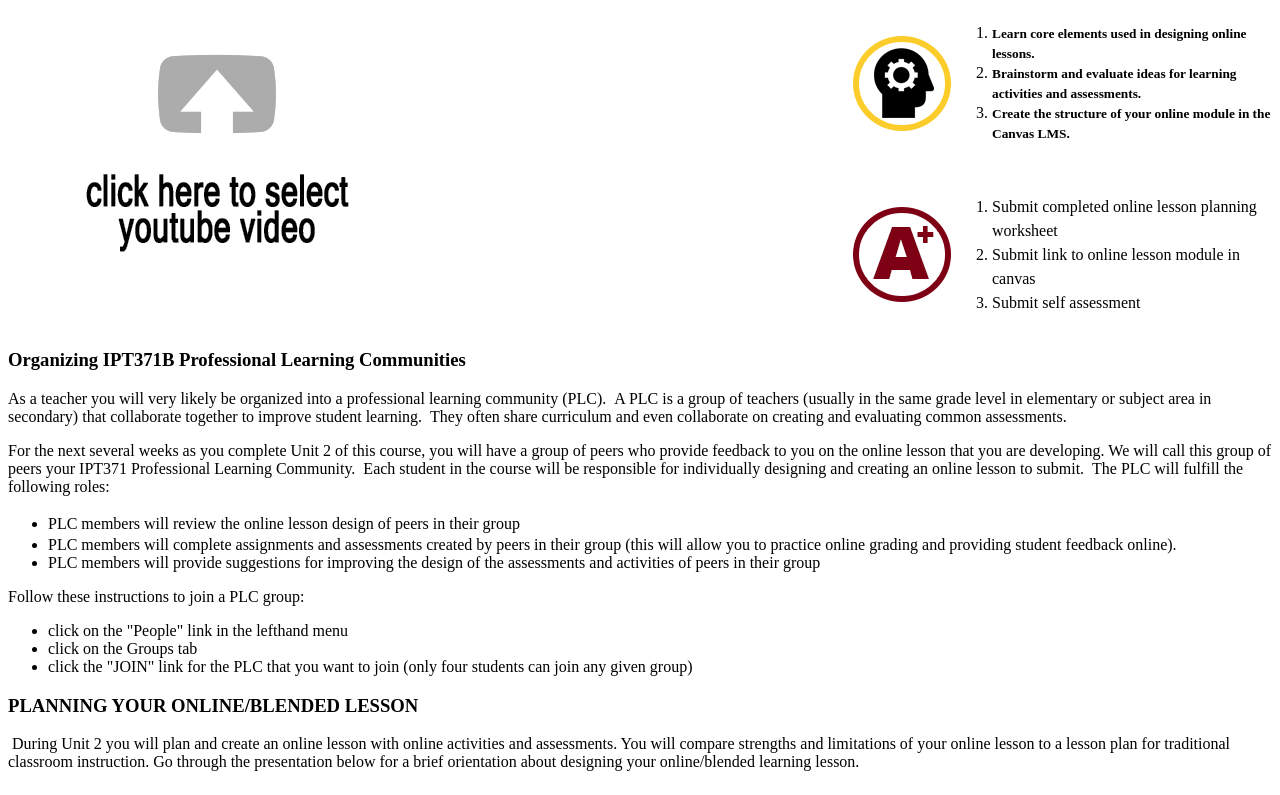
Repository: jaerod95/BYU
Page: IPT 371C/main.html
The author's editor kept a record of every edit. The page is drawn from the files as they stood at one moment, then again after the next edit.
The browser window is 1280 px wide. The pictures show the part of the page from y = 0 to 795 px (the page is 4785 px tall).
Pictures or frames that could not be fetched are drawn as grey boxes.

Above is the page before.

### IPT 371C/main.html
<!DOCTYPE html>
<html>

<head>
    <title></title>
    <link rel="stylesheet" href="newstyle.css">
    <script type="text/javascript" src="oldscript.js"></script>
</head>

<body>
    <div class="JR_IPT_371_B_main_content">
        <div class="JR_ipt371banner">
        </div>
        <div class="JR_ipt371content">
            <div class="JR_leftside">
                <div class="JR_ipt371videoSlot" id="vidSlot">
                    <img id="videoButton" src="youtube.png" />
                </div>
            </div>
            <div class="JR_rightside">
                <div class="JR_ipt371ao blueboxipt">
                    <div class="JR_bbimg"><img src="quest.png" /></div>
                    <div class="JR_outcomes">
                        <ol>
                            <li style="text-align: left;"><strong><span style="font-size: 10pt; line-height: 1.5; background-color: transparent;">Learn core elements used in designing online lessons.</span></strong></li>
                            <li style="text-align: left;"><strong><span style="font-size: 10pt; line-height: 1.5; background-color: transparent;">Brainstorm and evaluate ideas for learning activities and assessments.</span></strong></li>
                            <li style="text-align: left;"><strong><span style="font-size: 10pt; line-height: 1.5; background-color: transparent;">Create the structure of your online module in the Canvas LMS.</span></strong></li>
                        </ol>
                    </div>
                </div>
                <div class="JR_ipt371ao blueboxipt">
                    <div class="JR_bbimg"><img src="study.png" /></div>
                    <div class="JR_outcomes">
                        <ol>
                            <li><span style="line-height: 1.5; background-color: transparent;">Submit completed online lesson planning worksheet</span></li>
                            <li><span style="line-height: 1.5; background-color: transparent;">Submit link to online lesson module in canvas</span></li>
                            <li><span style="line-height: 1.5; background-color: transparent;">Submit self assessment</span></li>
                        </ol>
                    </div>
                </div>
            </div>
        </div>
        <div class="maincontent">
            <h3 class=""><strong><span style="font-size: 14pt;">Organizing IPT371B&nbsp;Professional Learning Communities</span></strong></h3>
            <p>As a teacher you will very likely be organized into a professional learning community (PLC). &nbsp;A PLC is a group of teachers (usually in the same grade level in elementary or subject area in secondary) that collaborate together to improve
                student learning. &nbsp;They often share curriculum and even collaborate on creating and evaluating common assessments.&nbsp;</p>
            <p>For the next several weeks as you complete Unit 2 of this course, you will have a&nbsp;group of peers who provide feedback to you on the online lesson that you are developing. We will call this group of peers your IPT371 Professional Learning
                Community. &nbsp;Each student in the course will be responsible for individually designing and creating an online lesson to submit. &nbsp;The PLC will fulfill the following roles:</p>
            <ul>
                <li><span style="line-height: 1.5; background-color: transparent;">PLC members will review the online lesson design of peers in their group</span></li>
                <li>PLC members will complete assignments and assessments created by peers in their group (this will allow you to practice online grading and providing student feedback online).</li>
                <li>PLC members will provide suggestions for improving&nbsp;the design of the assessments and activities&nbsp;of peers in their group</li>
            </ul>

            <p>Follow these instructions to join&nbsp;a PLC group:</p>
            <ul>
                <li>click on the "People" link in the lefthand menu&nbsp;</li>
                <li>click on the Groups tab</li>
                <li>click the "JOIN" link for the PLC that you want to join (only four students can join any given group)&nbsp;</li>
            </ul>
            <h3><strong><span style="font-size: 14pt;">PLANNING YOUR ONLINE/BLENDED LESSON</span></strong></h3>
            <p>&nbsp;<span style="color: #000000; font-size: 12pt;">During Unit 2&nbsp;you will plan and create an online lesson with online activities and assessments. You will compare strengths and limitations of your online lesson to a lesson plan for traditional classroom instruction. Go through the presentation&nbsp;below for a brief orientation about designing your online/blended learning lesson.&nbsp;</span></p>
            <table>
                <tbody>
                    <tr>
                        <td>
                            <p><iframe src="https://docs.google.com/presentation/d/1GCk5dx-VfW0Fi9aZafrTwGb8O9lP57o1bbPRcgLpvps/embed?start=false&amp;loop=false&amp;delayms=5000" width="480" height="329" allowfullscreen="allowfullscreen" webkitallowfullscreen="webkitallowfullscreen"
                                    mozallowfullscreen="mozallowfullscreen"></iframe><br />(<a id="" class="inline_disabled " title="" href="https://youtu.be/j68BsLilEnQ" target="">watch the narrated presentation</a>)</p>
                        </td>
                        <td><img src="/courses/138/files/14078/preview" alt="online lesson outline.png" width="315" height="373" data-api-endpoint="https://byu.instructure.com/api/v1/courses/138/files/14078" data-api-returntype="File" /></td>
                    </tr>
                </tbody>
            </table>
            &nbsp;<span style="font-size: 12pt;">The image above&nbsp;shows a basic outline for the elements that should be in your final online/blended lesson. &nbsp;Use the <a id="" class=" instructure_scribd_file instructure_file_link" title="IPT 371B Online Lesson Planning Worksheet.docx" href="/courses/138/files/14097/download?wrap=1" target="" data-api-endpoint="https://byu.instructure.com/api/v1/courses/138/files/14097" data-api-returntype="File">planning worksheet</a> to document and submit ideas for your online lesson.&nbsp;</span></div>

        <p>&nbsp;</p>
        <p><span style="font-size: 12pt;"><strong>Step 1:</strong> Choose a Learning Objective and Find a Traditional Lesson Plan</span></p>
        <p>Select a CORE curriculum objective from your teaching subject area to focus your lesson on (see <a href="http://www.uen.org/core/">http://www.uen.org/core/</a>). &nbsp;Your design task will be easier if you select a topic</p>
        <ul>
            <li><span style="line-height: 1.5; background-color: transparent;">that you would&nbsp;currently be comfortable teaching</span></li>
            <li><span style="line-height: 1.5; background-color: transparent;">that you have or can find a traditional classroom-based lesson plan for&nbsp;</span></li>
            <li><span style="line-height: 1.5; background-color: transparent;">that lends itself to online activities</span></li>
        </ul>
        <p><span style="line-height: 1.5; background-color: transparent;">As you start thinking about your lesson, you should consider a lesson that can be done within a couple of days to a week's time. &nbsp;Also, you will want to make sure that there is strong alignment between the outcomes, assessments, and activities that you choose. &nbsp;Watch this brief video about aligning activities with assessments.</span></p>
        <p><span style="line-height: 1.5; background-color: transparent;"><iframe style="width: 479px; height: 358px;" title="Professor Dancelot and the Perils of a Misaligned Course" src="https://www.youtube.com/embed/oWi5vy6TSso?feature=oembed" width="300" height="150" allowfullscreen="allowfullscreen" webkitallowfullscreen="webkitallowfullscreen" mozallowfullscreen="mozallowfullscreen"></iframe></span></p>
        <p>&nbsp;</p>
        <p><span style="font-size: 12pt;">See Section 1 in <a id="" class="" title="" href="https://docs.google.com/document/d/1DGZEOBr-0NPP5FpndHmYdr4ZjT7dqZFJN1QBuSIcO-g/edit?usp=sharing" target="">Elementary Ed worked example</a>.<br /></span>
            <span style="font-size: 12pt;">See Section 1 in Secondary Ed worked example.</span>
        </p>
        <p><span style="font-size: 12pt;"><strong>Step 2:</strong> Explore Quiz Questions for your Final Assessment</span></p>
        <p>The second step in your process is to explore questions for your final lesson assessment. &nbsp;You do not have to develop the full assessment at this time, but you should get some clear ideas about the the questions you might ask in the assessment
            because you will need to create assignments and activities that help student prepare for the final assessment.</p>
        <table>
            <tbody>
                <tr>
                    <td><iframe src="https://docs.google.com/presentation/d/1e3UTlGqxUbCI7pnoWT2LUx7U5JRqhK7J9bCb1NaJUAY/embed?start=false&amp;loop=false&amp;delayms=5000" width="480" height="329" allowfullscreen="allowfullscreen" webkitallowfullscreen="webkitallowfullscreen"
                            mozallowfullscreen="mozallowfullscreen"></iframe></td>
                    <td><span>See <a id="" class="" title="" href="https://docs.google.com/document/d/1DGZEOBr-0NPP5FpndHmYdr4ZjT7dqZFJN1QBuSIcO-g/edit?usp=sharing" target="">Elementary Ed worked example</a>.<br /></span><span>See Secondary Ed worked example.</span></td>
                </tr>
            </tbody>
        </table>


        <p>&nbsp;</p>


        <p><span style="font-size: 12pt;"><strong>Step 3:</strong> Brainstorm Ideas for a Lesson Assignment</span></p>
        <p>&nbsp;You will also need to brainstorm ideas for a graded assignment in the online/blended lesson. &nbsp;Make sure that your assignment ideas align back to the CORE objectives that you have identified.</p>


        <p><span style="font-size: 12pt;">See Section 2 in <a id="" class="" title="" href="https://docs.google.com/document/d/1DGZEOBr-0NPP5FpndHmYdr4ZjT7dqZFJN1QBuSIcO-g/edit?usp=sharing" target="">Elementary Ed worked example</a>.<br /></span>
            <span style="font-size: 12pt;">See Section 2 in Secondary Ed worked example.</span>
        </p>
        <p><span style="font-size: 12pt;"><strong>Step 4:</strong> Brainstorm Ideas for a Content-driven Activity</span></p>
        <p>Activities that you develop do not need to be graded. &nbsp;However, it can be beneficial if students are able to get formative feedback on their performance in the activity. &nbsp;Go through the presentation below to get an idea of a range of
            different online learner-content activities you can consider.&nbsp;</p>
        <table>
            <tbody>
                <tr>
                    <td><iframe src="https://docs.google.com/presentation/d/1KD7e5IGZ_-kfo9Fulln4WiiIUOmqdnus4uCQGxQ1s9Q/embed?start=false&amp;loop=false&amp;delayms=3000" width="480" height="329" allowfullscreen="allowfullscreen" webkitallowfullscreen="webkitallowfullscreen"
                            mozallowfullscreen="mozallowfullscreen"></iframe></td>
                    <td><span>See <a id="" class="" title="" href="https://docs.google.com/document/d/1DGZEOBr-0NPP5FpndHmYdr4ZjT7dqZFJN1QBuSIcO-g/edit?usp=sharing" target="">Elementary Ed worked example</a>.<br /></span><span>See Secondary Ed worked example.</span></td>
                </tr>
            </tbody>
        </table>
        <p>&nbsp;</p>
        <p><span style="font-size: 12pt;"><strong>Step 5:</strong> Brainstorm Ideas for a Community-driven Activity</span></p>
        <span>In this step you will brainstorm several activities that involve students learning together online. &nbsp;Go through the presentation below to get an idea of a range of different online learner-learner activities you can consider.</span>&nbsp;</div>
    <table>
        <tbody>
            <tr>
                <td><iframe src="https://docs.google.com/presentation/d/1KD7e5IGZ_-kfo9Fulln4WiiIUOmqdnus4uCQGxQ1s9Q/embed?start=false&amp;loop=false&amp;delayms=5000" width="480" height="329" allowfullscreen="allowfullscreen" webkitallowfullscreen="webkitallowfullscreen"
                        mozallowfullscreen="mozallowfullscreen"></iframe></td>
                <td><span>See <a id="" class="" title="" href="https://docs.google.com/document/d/1DGZEOBr-0NPP5FpndHmYdr4ZjT7dqZFJN1QBuSIcO-g/edit?usp=sharing" target="">Elementary Ed worked example</a>.<br /></span><span>See Secondary Ed worked example.</span></td>
            </tr>
        </tbody>
    </table>
    <p><span style="font-size: 12pt;"><strong>Step 6:</strong> Provide a Rationale for the&nbsp;</span></p>
    <p>&nbsp;It is important for you to think about what value your online/blended activities and assessments add to the lesson. &nbsp;Share your lesson ideas with at least one member of your PLC and get feedback from him/her on your assignment and activity
        ideas. &nbsp;Pick one of your assessment ideas and one of your activity ideas to analyze within the planning worksheet using the following criteria:</p>
    <ul>
        <li><strong>PIC</strong> - What is the student relationship to the technology (Passive, Interactive, Creative)?</li>
        <li><strong>RAT</strong> - How does the online lesson change the teacher&rsquo;s traditional practice (replace, amplify, transform)?</li>
        <li><strong>ACCESS</strong> &ndash; How does the online lesson affect student access to learning experiences when compared to the traditional lesson?</li>
        <li><strong>STUDENT LEARNING</strong> &ndash; How does the online lesson intend to impact student learning as compared to the traditional lesson? (i.e., What value does it add?)</li>
    </ul>
    <p><span style="font-size: 12pt;">See <a id="" class="" title="" href="https://docs.google.com/document/d/1DGZEOBr-0NPP5FpndHmYdr4ZjT7dqZFJN1QBuSIcO-g/edit?usp=sharing" target="">Elementary Ed worked example</a>.<br /></span>
        <span style="font-size: 12pt;">See Secondary Ed worked example.</span>
    </p>
    <p><span style="font-size: 12pt;">NOTE: At this point your ideas need to be concrete but you can always adapt and change as you progress through the unit.&nbsp;&nbsp;</span></p>
    <p>&nbsp;</p>
    <h3><strong><span style="font-size: 14pt;">Build Online Module Structure in Canvas LMS</span></strong></h3>
    <p>Once you have completed the planning worksheet you will create the structure for your online lesson (or module) in Canvas. &nbsp;Think of this as your lesson shell - you are creating and organizing the pieces of the lesson, but the content of each
        of the pieces does not exist yet.&nbsp;</p>
    <p>To complete this assignment do the following:</p>
    <p><strong>1. Create a Canvas Course for your module</strong> (<span>use the </span><span><span><a class="external" title="" href="https://community.canvaslms.com/community/answers/guides/" target="_blank">Canvas Guides</a>&nbsp;accessed from the Help menu if needed</span></span>)</p>
    <ul>
        <ul>
            <li>Name your course "&lt;first name last name&gt; - Canvas Module with your name in place of "<span>&lt;first name last name&gt;"</span></li>
        </ul>
    </ul>
    <ul>
        <ul>
            <li>Add all members of your PLC as "students" in the course and add "charles.graham@byu.edu" as a "<strong>Teacher</strong>"&nbsp;in your course</li>
            <li>Make sure your Canvas profile is updated with your name and photo</li>
            <li>Go to the Canvas settings on the left hand side and familiarize yourself with different options. &nbsp;Hide all of the navigation elements for your course except for&nbsp;Modules and Grades.</li>
        </ul>
    </ul>
    <p><span><strong>2. Create a Module for your Lesson in Canvas</strong> (</span><span>use the </span><span><span><a class="external" title="" href="https://community.canvaslms.com/community/answers/guides/" target="_blank">Canvas Guides</a>&nbsp;accessed from the Help menu if needed)</span></span>
    </p>
    <span><span><span class="screenreader-only"><a class="external" title="" href="https://community.canvaslms.com/community/answers/guides/" target="_blank">&nbsp;(Links to an external site.)</a><span style="line-height: 1.5; background-color: transparent;">accessed from the Help menu top right to find out how to do these things</span></span>
    </span>
    </span>
    <ul>
        <ul>
            <li>Title your module appropriately related to the standard/learning objective you are addressing</li>
            <li>Add at least the following elements to your module structure</li>
            <ul>
                <li>A lesson intro and instructions (content page)</li>
                <li>Assessment: An assignment page (assignment page)&nbsp;</li>
                <li>Assessment: A quiz/exam (quiz page)</li>
                <li>A page for your content-driven activity (likely a content page)</li>
                <li>A page for your community-driven activity (likely a discussion page)</li>
                <li>Note: These elements in your structure are placeholders and don't have to contain the actual content of your assessments or activities yet.</li>
            </ul>
        </ul>
    </ul>
    <ul>
        <ul>
            <li>You may explore/practice adding the following elements to your module structure</li>
            <ul>
                <li>File</li>
                <li>Text Header (Figure out how to use text headers and indenting to visually organize the elements in your module)</li>
            </ul>
        </ul>
    </ul>
    <ul>
        <ul>
            <ul>
                <li>External URL</li>
                <li>Figure out how to use text headers and indenting to visually organize the elements in your module.</li>
                <li>Note: Make sure that you "publish" your module and the module elements by clicking on the gray cloud on the right hand side until it turns green with a checkmark in it.&nbsp;</li>
            </ul>
        </ul>
    </ul>
    <p>Here are two screencasts demonstrating how to create a course and module structure in canvas.</p>
    <table>
        <tbody>
            <tr>
                <td>
                    <p><iframe title="IPT371B Create a Canvas Course" src="https://www.youtube.com/embed/mNcirikHaEk?feature=oembed" width="300" height="150" allowfullscreen="allowfullscreen" webkitallowfullscreen="webkitallowfullscreen" mozallowfullscreen="mozallowfullscreen"></iframe><br
                        />Create a Canvas Course screencast</p>
                </td>
                <td><iframe title="IPT371B Create a Module Structure in Canvas" src="https://www.youtube.com/embed/NhsZu472NZA?feature=oembed" width="300" height="150" allowfullscreen="allowfullscreen" webkitallowfullscreen="webkitallowfullscreen" mozallowfullscreen="mozallowfullscreen"></iframe><br
                    />Create a Module Structure in Canvas</td>
            </tr>
        </tbody>
    </table>
    <p>&nbsp;</p>
    <h3><span style="font-size: 14pt;"></span><span style="font-size: 14pt;"><strong>Assignments</strong></span></h3>
    <div class="">Submit completed online lesson planning worksheet</div>
    <div class="">Submit link to online lesson module in canvas</div>
    <div class="">Submit self assessment</div>
</body>

</html>

### IPT 371C/newstyle.css
.JR_ipt371main {
    max-width: 900px;
    height: auto;
}

.JR_ipt371content {
    width: 100%;
    max-height: 900px;
    display: flex;
    justify-content: space-between;
}

.JR_rightside {
    display: flex;
    flex-direction: column;
    justify-content: space-between;
    width: 430px;
}

.JR_blueboxipt {
    background-color: #A2D2F9; border-radius: 5px;
}

.JR_vid {
    width: 100%;
    height: 100%;
    border-radius: 5px;
}

.JR_outcomes {
    flex-grow: 5;
}

.JR_bbimg {
    padding-left: 10px;
    flex-grow: 1;
    display: flex;
    flex-direction: column;
    justify-content: center;
}

.JR_ipt371ao {
    display: flex;
}

.JR_ipt371videoSlot {
    background-image: URL("youtube.png");
    width: 430px;
    height: 322.5px;
}

### IPT 371C/oldscript.js
window.addEventListener("DOMContentLoaded", init);
var d = document;


function init() {

    document.getElementById("videoButton").addEventListener("mouseover", changeRed);
    document.getElementById("videoButton").addEventListener("mouseleave", changeback);
    document.getElementById("vidSlot").addEventListener("click", upload);

}

function changeRed(event) {
    event.target.src = "youtube-selected.png";
}

function changeback(event) {
    event.target.src = "youtube.png";
}

function upload() {
    var video = prompt("Please paste the URL to your youtube video here", "ex. https://www.youtube.com/watch?v=tpDqfj3v30c");
    video = getSecondPart(video);
    console.log(video);





    d.getElementById("vidSlot").innerHTML =




        "<iframe class='vid' src='https://www.youtube.com/embed/" + video + "?feature=oembed' allowfullscreen='allowfullscreen' frameborder='0'></iframe>";

    console.log(d.getElementById("vidSlot").innerHTML);
}

// gets the special url code for each video
function getSecondPart(str) {
    return str.split('v=')[1];
}

After the next edit:
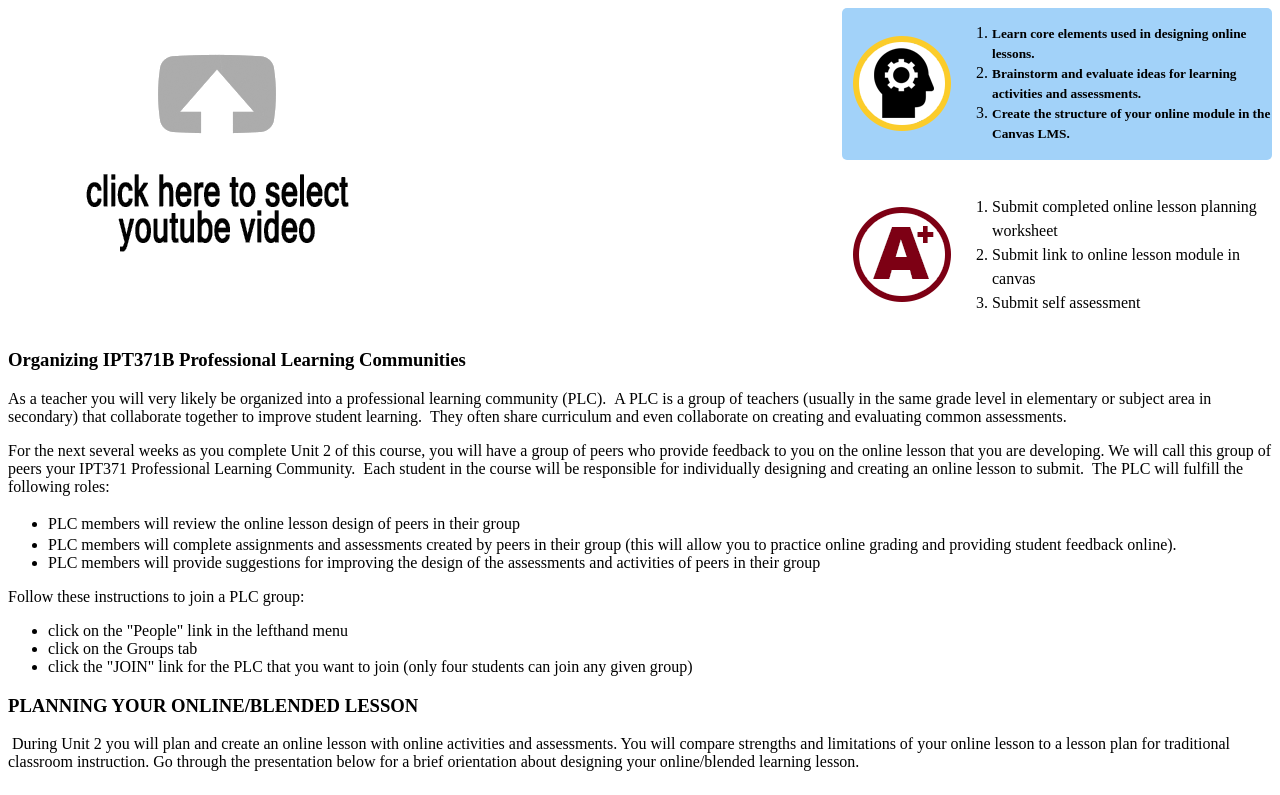
The edit:
--- a/IPT 371C/main.html
+++ b/IPT 371C/main.html
@@ -18,7 +18,7 @@
                 </div>
             </div>
             <div class="JR_rightside">
-                <div class="JR_ipt371ao blueboxipt">
+                <div class="JR_ipt371ao JR_blueboxipt">
                     <div class="JR_bbimg"><img src="quest.png" /></div>
                     <div class="JR_outcomes">
                         <ol>
